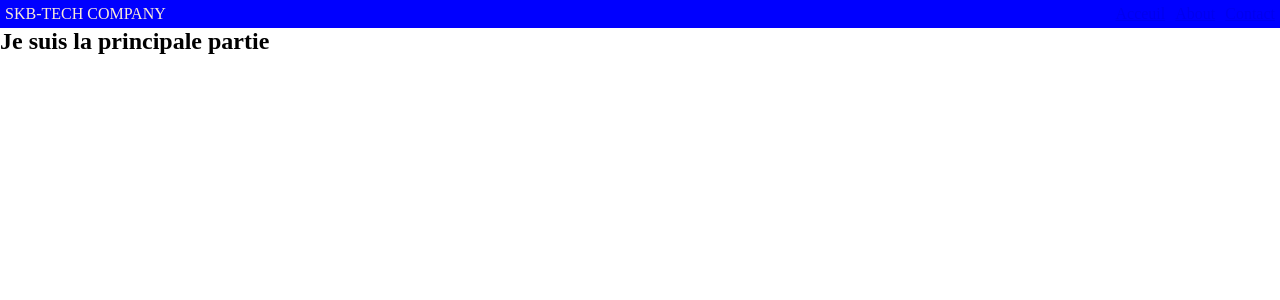
Repository: SKB-TECH/projetExpress
Page: http://localhost/
The author's editor kept a copy of each file at every save. The page is drawn from the files as they stood at one save, then again after a run of saves.
The browser window is 1280 px wide. The pictures show the whole page.
The page is served by the project's Node server (server.js). Other server files are loaded and not shown.

Above is the page before, as saved 2022-10-21 15:21:14.

### views/main.ejs
<%- include('./includes/header.ejs') %>
<!-- Partie principale  -->
<main>
  <h2>Je suis la principale partie</h2>
</main>

<%- include('./includes/footer.ejs') %>

### views/includes/header.ejs
<!DOCTYPE html>
<html lang="en">
  <head>
    <meta charset="UTF-8" />
    <meta http-equiv="X-UA-Compatible" content="IE=edge" />
    <link
      rel="stylesheet"
      href="https://cdnjs.cloudflare.com/ajax/libs/font-awesome/6.2.0/css/all.min.css"
      integrity="sha512-xh6O/CkQoPOWDdYTDqeRdPCVd1SpvCA9XXcUnZS2FmJNp1coAFzvtCN9BmamE+4aHK8yyUHUSCcJHgXloTyT2A=="
      crossorigin="anonymous"
      referrerpolicy="no-referrer"
    />
    <meta name="viewport" content="width=device-width, initial-scale=1.0" />
    <link rel="stylesheet" href="css/style.css" />
    <title>Project Express</title>
  </head>
  <body>
  <header>
    <nav class="nav-list">
        <span class="titles1">
                SKB-TECH COMPANY
        </span>
      <div class="taches">
        <ul class="list-title">
          <li><a href="/">Acceuil</a></li>
          <li><a href="/about">About</a></li>
          <li><a href="/contact">Contact</a></li>
        </ul>
      </div>
    </nav>
  </header>
</html>

### server.js
const express = require('express');
const morgan = require('morgan');
const path = require('path')
const router = require('./routes/router')
const ejs = require('ejs');
const { dirname } = require('path');
const app = express()
/**
    - quelques middlewares pour specification des dossiers
    - specification du moteur de visualisation utilise
 */
app.set('view engine', 'ejs');
app.use('/css', express.static(path.resolve(__dirname, './assets/css')))
app.set('view')
app.use(morgan('tiny'))


// initialisation de toutes routes de l'application
app.use(require('./routes/router'))

// initialisation du server et du port qui va ecoute les requetes du client
app.listen(4000, () => {
    console.log("Serveur lancer deja au port 4000");
})

### controllers/Controllers.js
exports.Home = (req, res) => {
    res.render('main')
}
exports.About = (req, res) => {
    res.render('about', { nom: "Shako" })
}
exports.Contact = (req, res) => {
    res.render('contact')
}

### assets/css/style.css
* {
    padding: 0px;
    margin: 0px;
    box-sizing: border-box;
}



nav {
    display: flex;
    flex-direction: row;
    justify-content: space-between;
    gap: 500px;
    padding: 5px;
    background-color: blue;
    color: antiquewhite;
}

ul {
    display: flex;
    flex-direction: row;
    justify-content: end;
    list-style-type: none;
    gap: 10px;
}

Loaded but not shown: views/includes/footer.ejs (common file)

After the next 4 saves:
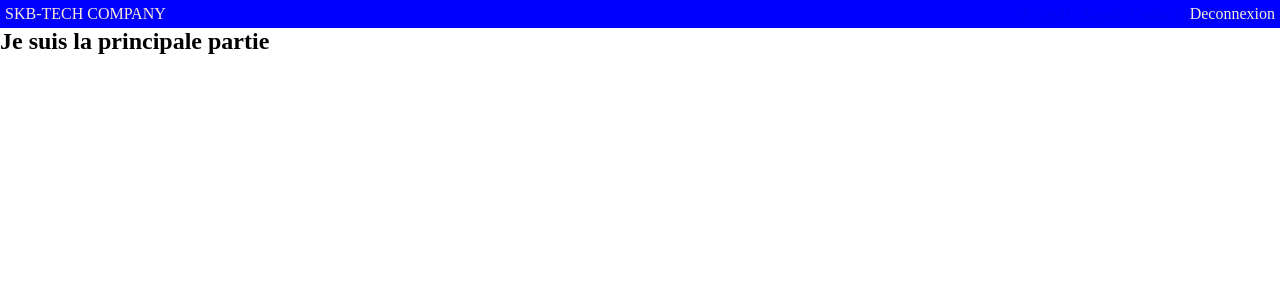
The 4 saves are shown as one change because they came seconds apart.
The last was saved 38 s later.
--- a/views/includes/header.ejs
+++ b/views/includes/header.ejs
@@ -25,6 +25,7 @@
           <li><a href="/">Acceuil</a></li>
           <li><a href="/about">About</a></li>
           <li><a href="/contact">Contact</a></li>
+          <li>Deconnexion</li>
         </ul>
       </div>
     </nav>
